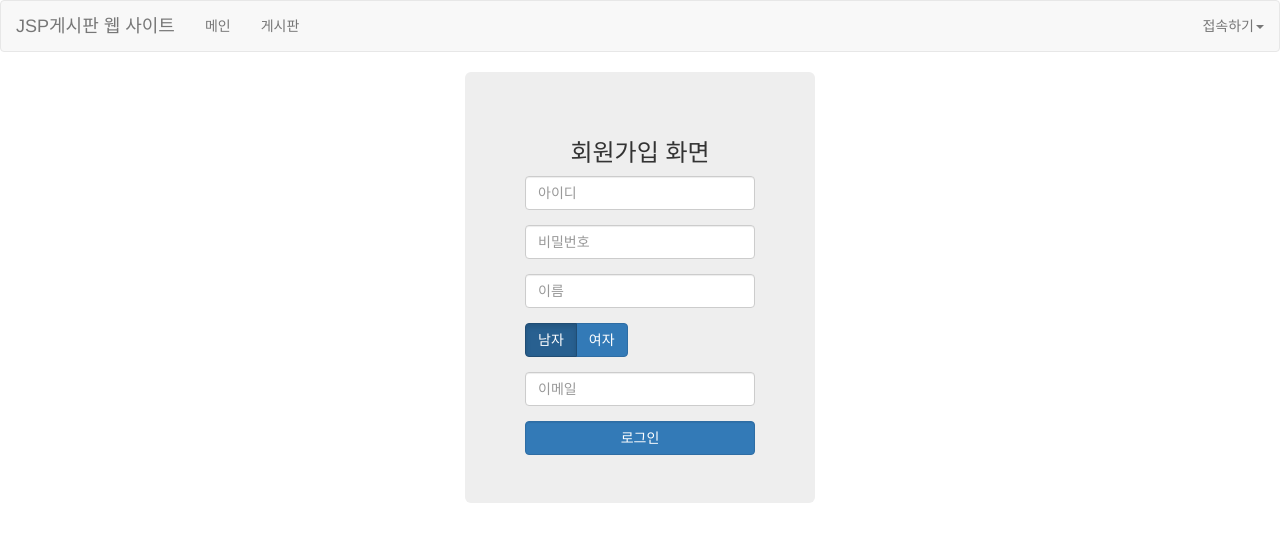
Repository: endol007/TripPuzzle
Page: http://localhost/BBS/join.jsp
An editor plug-in stored every save of this project. The page is shown before and after the next save, followed by the edit.
The browser window is 1280 px wide. The pictures show the whole page.
Some web libraries are served in a nearby version. The page is served by Tomcat 9.

Above is the page before, as saved 2019-08-20 15:49:46.

After the next save:
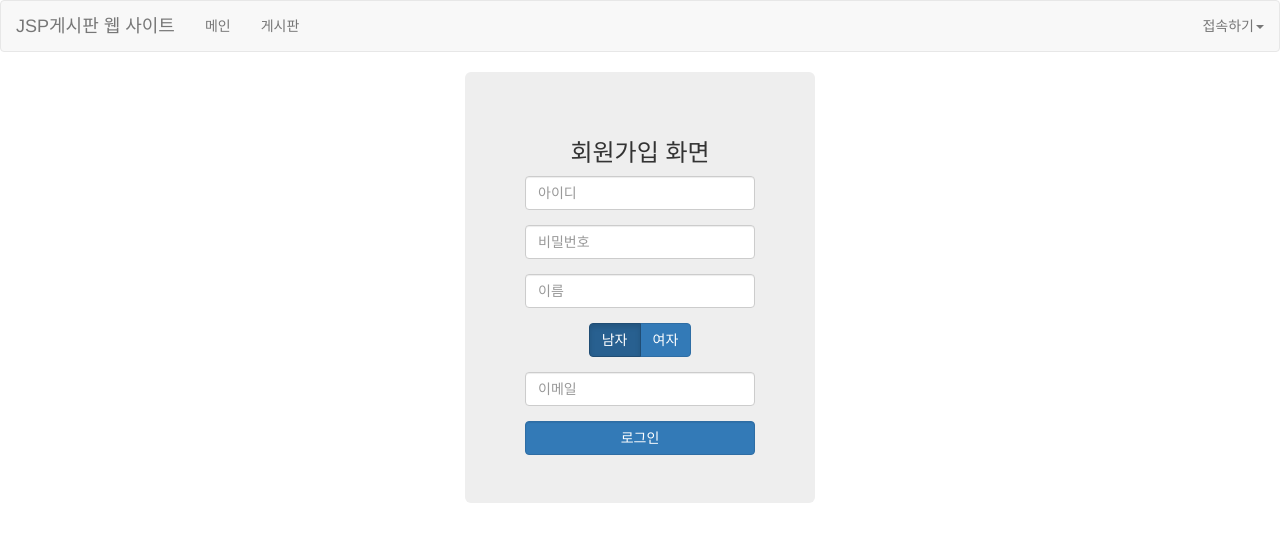
Saved 58 s later.
--- a/Yun/JSP 커뮤니티/Project/BBS/WebContent/join.jsp
+++ b/Yun/JSP 커뮤니티/Project/BBS/WebContent/join.jsp
@@ -52,7 +52,7 @@
 <div class="form-group">
 <input type="text" class="form-control" placeholder="이름" name="userName" maxlength="20">
 </div>
-<div class="form-group" style="text-dlign: center;">
+<div class="form-group" style="text-align:center;">
 <div class="btn-group" data-toggle="buttons">
 <label class="btn btn-primary active">
 <input type ="radio" name="userGender" autocomplete="off" value="남자" checked>남자
